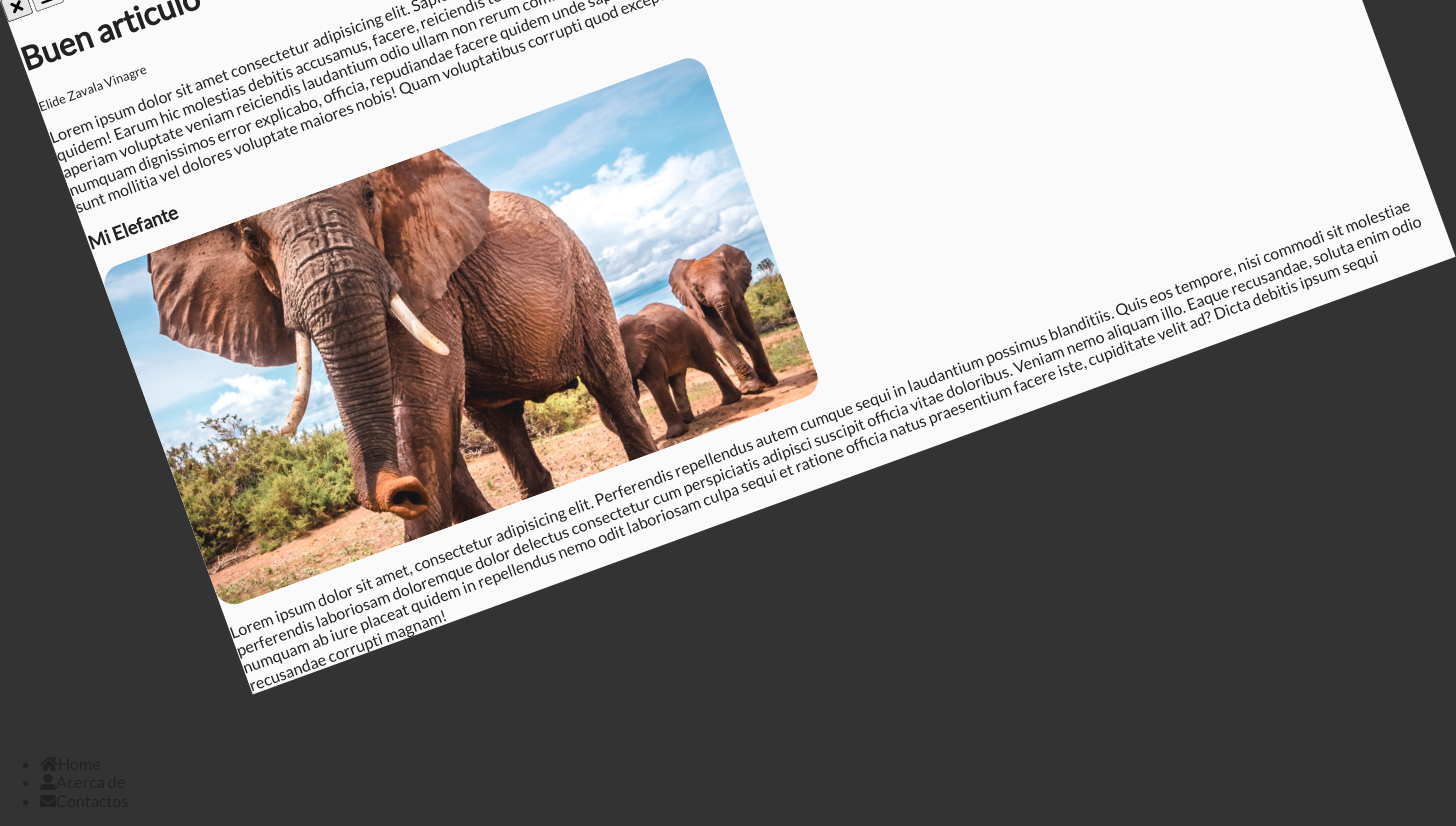
Repository: ElideZavala/Navagacion-en-rotacion
Page: index.html
The author's editor kept a copy of each file at every save. The page is drawn from the files as they stood at one save, then again after the next save.
The browser window is 1280 px wide. The page is 1456 px wide, then 1280 px, so the pictures cover 1456 px, including what lies to the right of the window. The pictures show the whole page.

Above is the page before, as saved 2021-05-29 08:51:33.

After the next save:
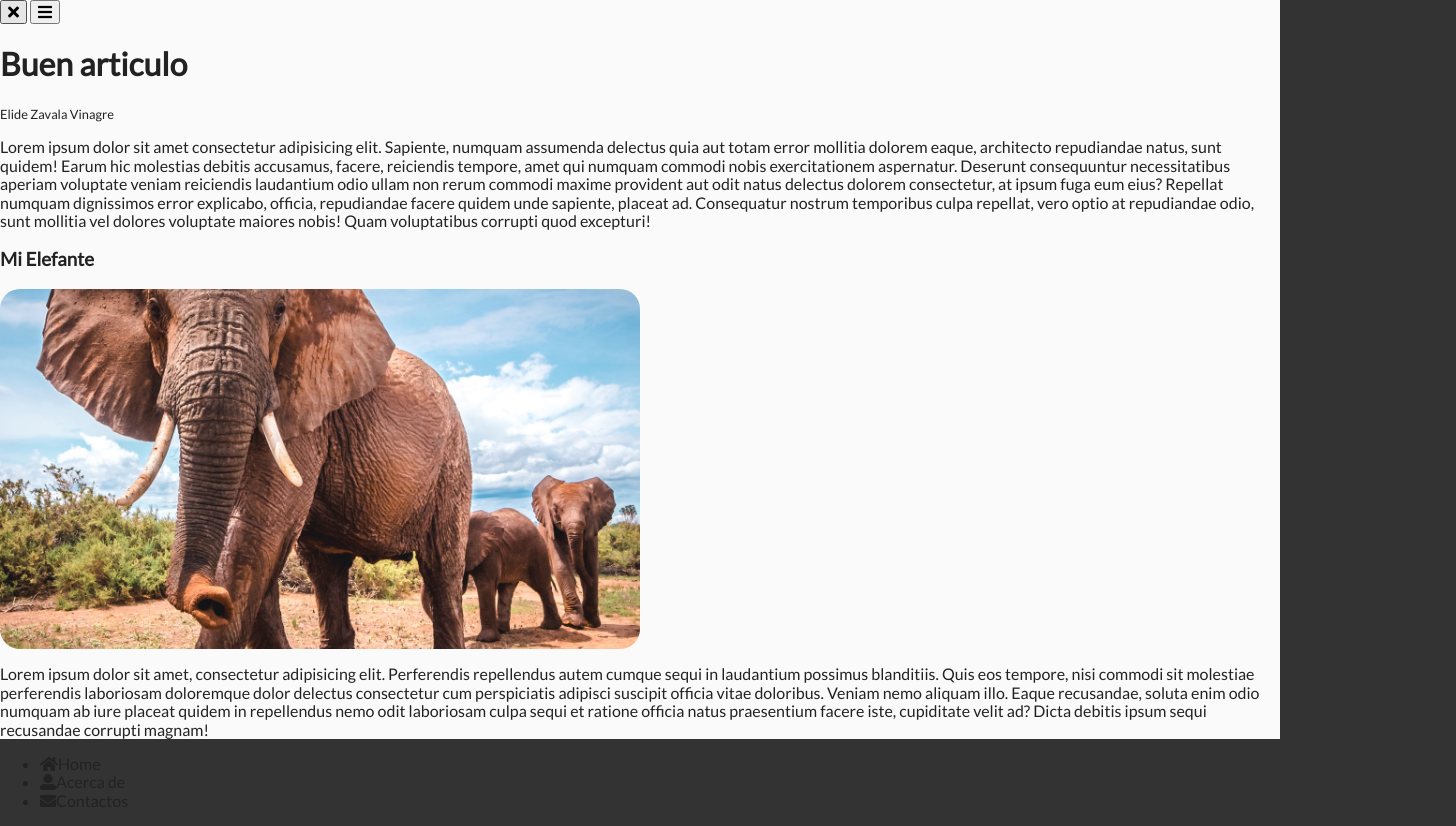
Saved 44 s later.
--- a/index.html
+++ b/index.html
@@ -10,7 +10,7 @@
 	<title>Navegación Giratoria</title>
 </head>
 <body>
-	<div class="container show-nav">
+	<div class="container">
 		<div class="circle-container">
 			<div class="circle">
 				<button id="close">
